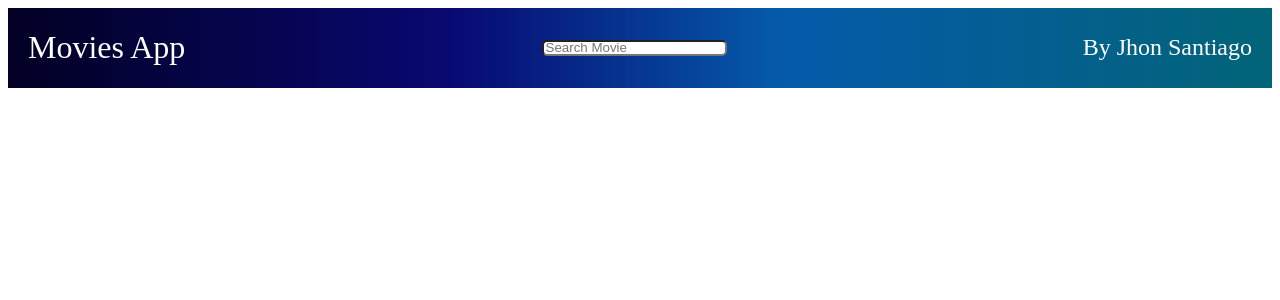
Repository: jhonenmanuel1/movies-get-info-fetch
Page: /
The author's editor kept a copy of each file at every save. The page is drawn from the files as they stood at one save, then again after the next save.
The browser window is 1280 px wide. The pictures show the whole page.
The page's requests for data from a server got no answer. The project was rebuilt for these pictures with package versions that can differ from the ones it lists, and the page was loaded fresh each time. No one was signed in, and anything a server would have sent is missing. Also part of the build but not shown: src/App.css.

Above is the page before, as saved 2022-06-15 22:40:31.

### src/App.js
import { useEffect, useState } from "react";
import logo from "./logo.svg";
import "./App.css";
import MoviesCard from "./components/moviescard";
import SearchBox from "./components/searchbox";
import MovieHeader from "./components/MovieHeader";

function App() {
  const [movies, setMovies] = useState([]);
  const [searchItem, setSearchItem]= useState('');

  const getMovie = async () => {
    const API = `http://www.omdbapi.com/?s=${searchItem}&apikey=7088e24d`;

    const response = await fetch(API);
    const responseJson = await response.json();
    console.log(searchItem)

    if(responseJson.Search){
      setMovies(responseJson.Search)

    }



  };
  getMovie();

  useEffect(() => {
    getMovie();

  }, [searchItem]);

  return (
    <>
    <div>
      <MovieHeader searchItem={searchItem} setSearchItem={setSearchItem}/>

    </div>
    <div>
    <MoviesCard  movies={movies} />

    </div>

    </>
  );
}

export default App;

### src/components/moviescard.js

export default function MoviesCard(props){
    return (
        <>
            {
                props.movies.map( (movie, index) =><div>
                    <img key={index} src={movie.Poster}></img>
                </div>)
            }
        </>
    )

}

### src/components/searchbox.js
import "../styles/searchbox.css";


export default function SearchBox(props){
    return<>
        <input
        className="search-input"
        value={props.value}
        onChange={(event)=> props.setSearchItem(event.target.value)}
         placeholder="Search Movie"></input>
    </>
}

### src/components/MovieHeader.js
import React from "react";
import SearchBox from "./searchbox";
import '../styles/MovieHeader.css'
export default function MovieHeader(props) {
  return (
    < >
      <div className="container-header">
      <div className="wraper-header">
      <h1 className="text-title">Movies App</h1>
        <SearchBox
          searchItem={props.searchItem}
          setSearchItem={props.setSearchItem}
        />
        <h2 className="text-title">By Jhon Santiago</h2>

      </div>

      </div>
    </>
  );
}

### src/styles/searchbox.css
.search-input {
    border-radius: 5px;
    height: 10px;
}

### src/styles/MovieHeader.css
.container-header {
  background: rgb(2, 0, 36);
  background: linear-gradient(
    90deg,
    rgba(2, 0, 36, 1) 0%,
    rgba(8, 8, 113, 1) 35%,
    rgba(5, 90, 170, 1) 61%,
    rgba(2, 100, 120, 1) 100%
  );
}
.wraper-header {
  color: white;
  display: flex;
  align-items: center;
  justify-content: center;
  justify-content: space-between;
  margin-right: 20px;
  margin-left: 20px;
}
.text-title {
    text-decoration: none;
    font-weight: normal;
}

Loaded but not shown: public/index.html (common file); src/index.js (common file)

After the next save:
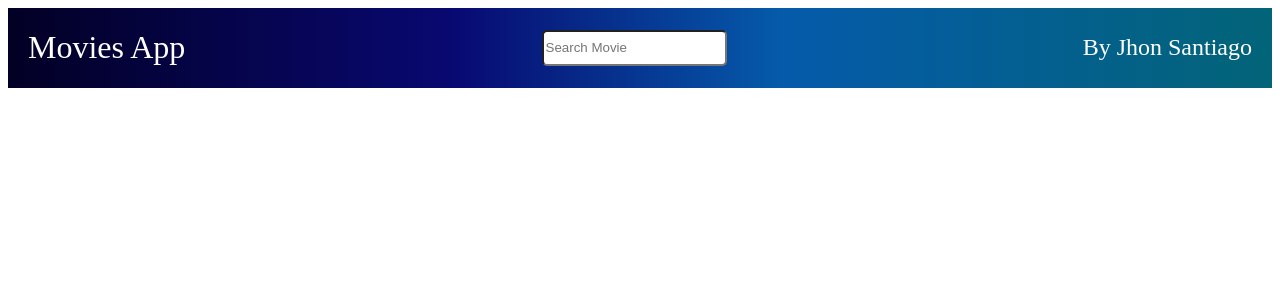
Saved 4 s later.
--- a/src/styles/searchbox.css
+++ b/src/styles/searchbox.css
@@ -1,4 +1,4 @@
 .search-input {
     border-radius: 5px;
-    height: 10px;
+    height: 30px;
 }
